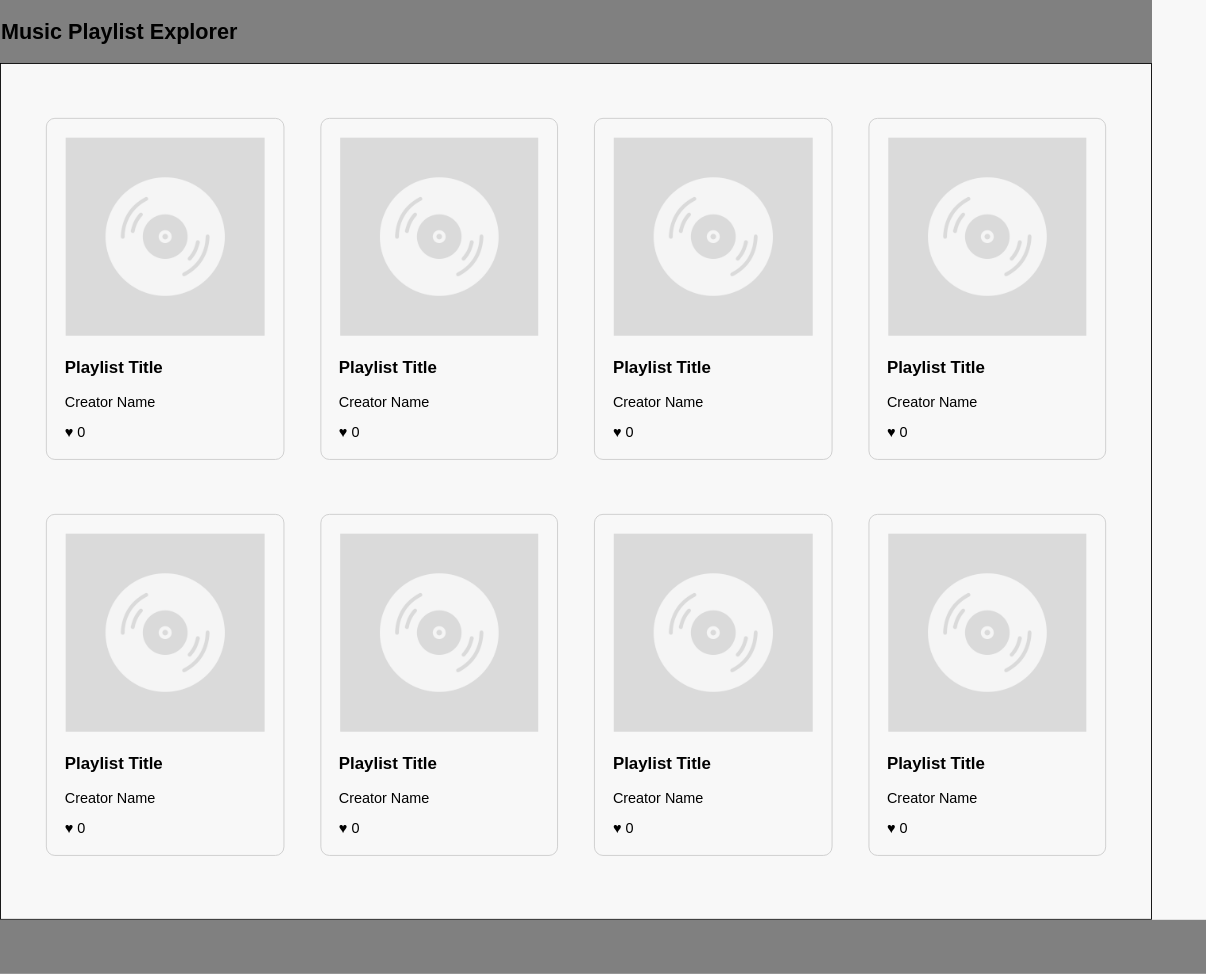
Repository: valentinaarojas/music-player-explorer
Page: index.html
The author's editor kept a copy of each file at every save. The page is drawn from the files as they stood at one save, then again after the next save.
The browser window is 1280 px wide. The page is 1340 px wide, so the pictures cover 1340 px, including what lies to the right of the window. The pictures show the whole page, at 90% of full size.

Above is the page before, as saved 2025-02-19 16:43:07.
Console error: SyntaxError: Unexpected token '{'

After the next save:
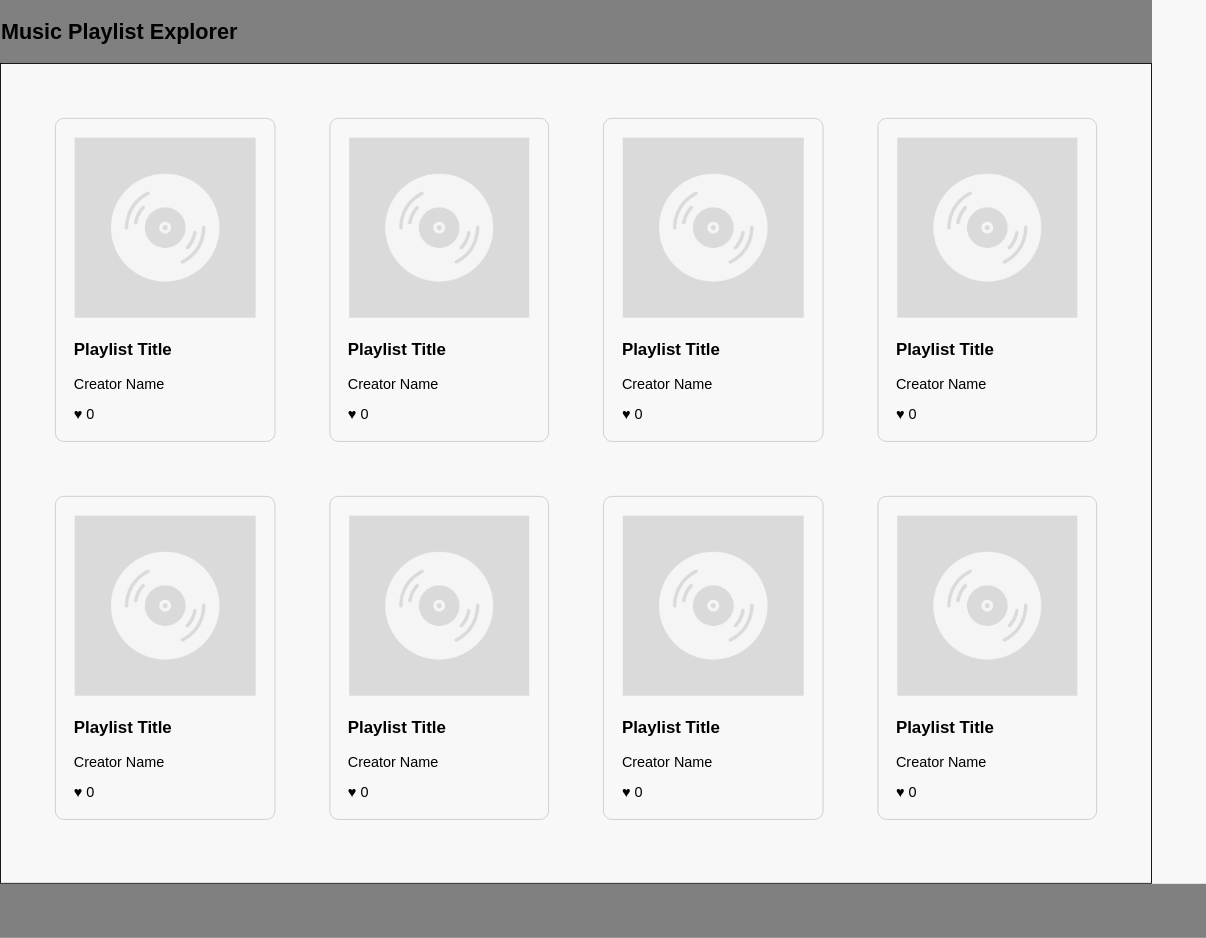
Saved 111 s later.
--- a/style.css
+++ b/style.css
@@ -20,7 +20,7 @@
 
 .playlist-card {
     padding: 20px;
-    margin: 30px 20px;
+    margin: 30px;
     border-radius: 10px;
     border: 1px solid #ccc;
 }

After the save that followed:
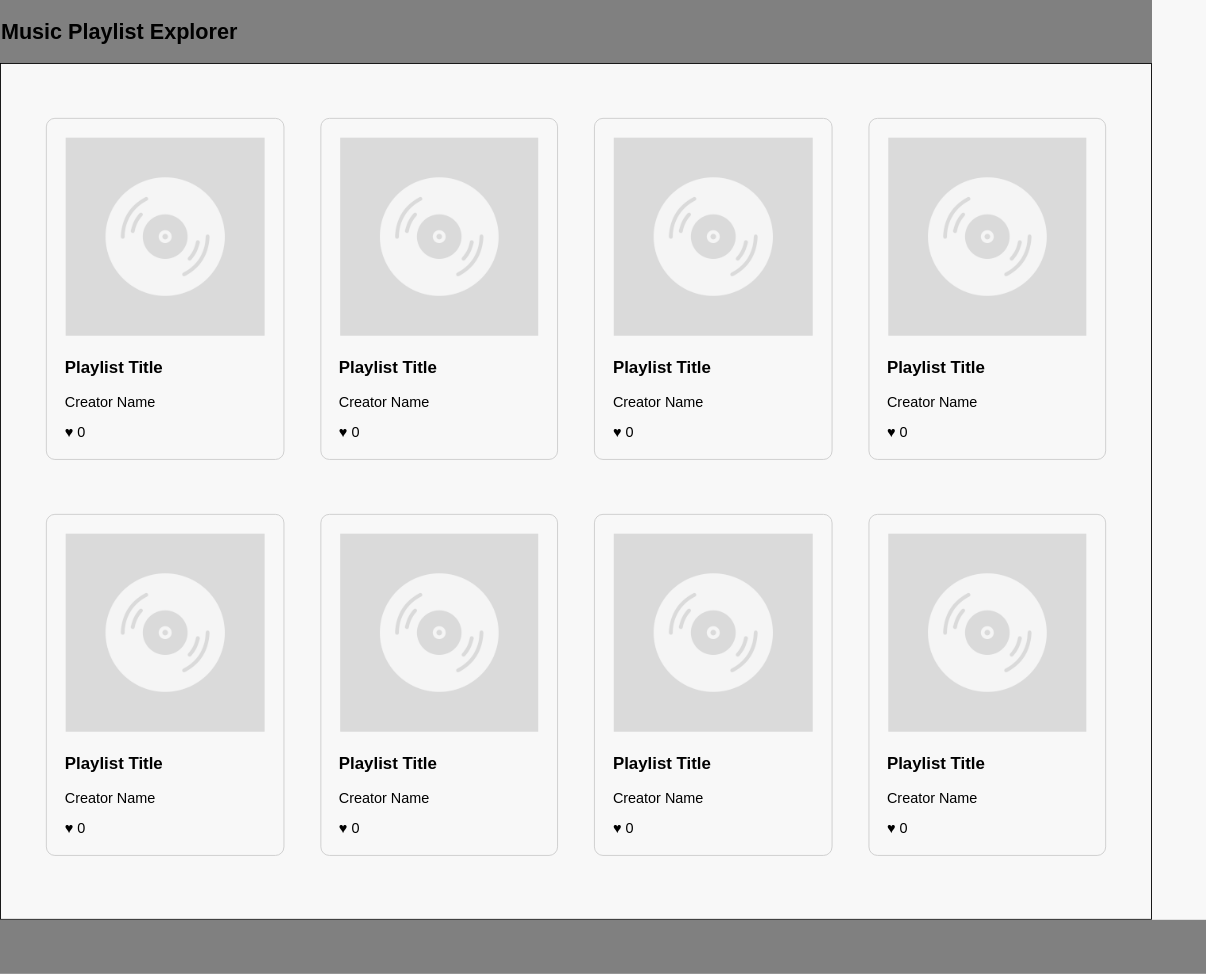
Saved 7 s later.
--- a/style.css
+++ b/style.css
@@ -20,7 +20,7 @@
 
 .playlist-card {
     padding: 20px;
-    margin: 30px;
+    margin: 30px 20px;
     border-radius: 10px;
     border: 1px solid #ccc;
 }
